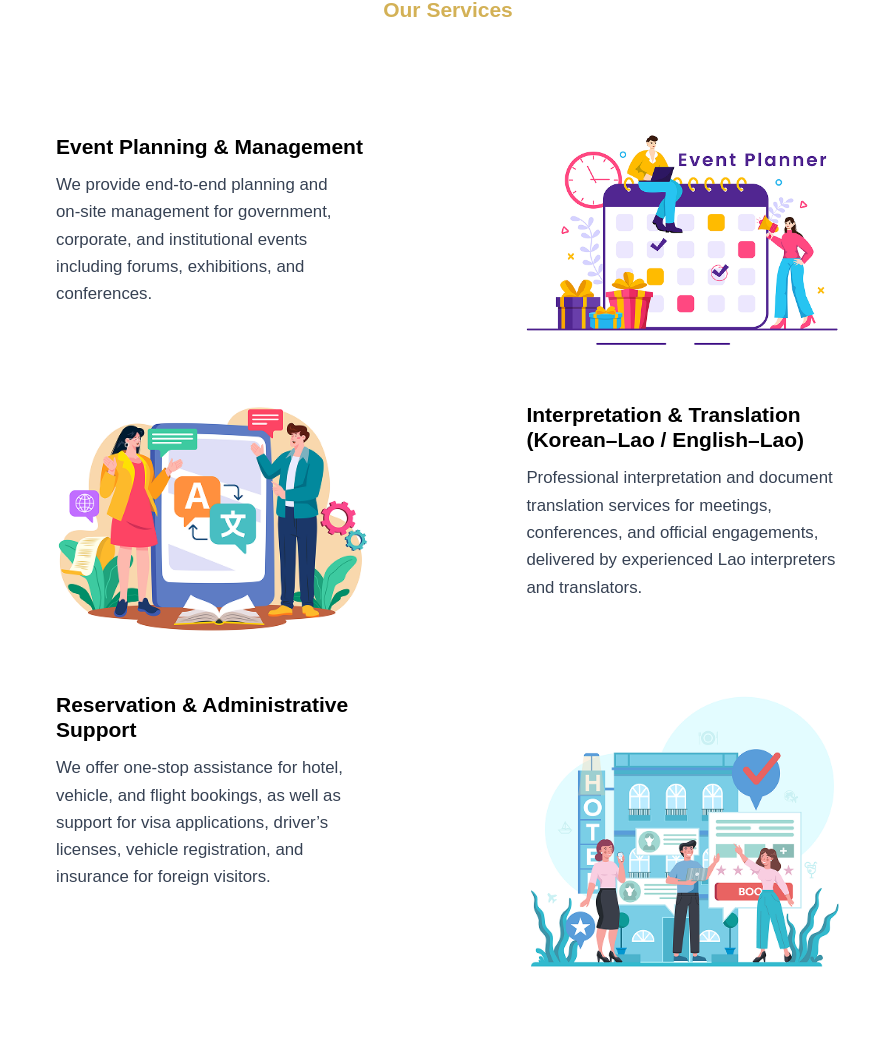
Repository: Phailin-teamplate/siri-service-web
Page: /
An editor plug-in stored every save of this project. The page is shown before and after the next save, followed by the edit.
The browser window is 1280 px wide. The pictures show the part of the page from y = 1501 to 3421 px (the page is 3006 px tall before and 3421 px after), at 70% of full size.
The project was rebuilt for these pictures with package versions that can differ from the ones it lists, and the page was loaded fresh each time. The framework's server and built-in components were replaced by stand-ins that run in the browser. Also part of the build but not shown: next.config.ts.

Above is the page before, as saved 2025-07-02 15:18:59.

### src/app/layout.tsx
"use client";

import React, { useState, useEffect } from "react";
import { ArrowUpIcon } from "@heroicons/react/24/solid"; // Importing the arrow icon
// import { Geist, Geist_Mono } from "next/font/google";
// import { Inter, Noto_Sans_Lao } from "next/font/google";
import "./globals.css";
import Navbar from "@/src/components/navbar";

// const inter = Inter({ subsets: ["latin"] });
// const notoSansLao = Noto_Sans_Lao({ subsets: ["lao"] });

// const geistSans = Geist({
//   variable: "--font-geist-sans",
//   subsets: ["latin"],
// });
// const geistMono = Geist_Mono({
//   variable: "--font-geist-mono",
//   subsets: ["latin"],
// });

export default function RootLayout({
  children,
}: Readonly<{
  children: React.ReactNode;
}>) {
  const [isVisible, setIsVisible] = useState(false);

  // Detect scroll position and show button when scrolling down
  const handleScroll = () => {
    if (window.scrollY > 300) {
      setIsVisible(true);
    } else {
      setIsVisible(false);
    }
  };

  useEffect(() => {
    window.addEventListener("scroll", handleScroll);
    return () => {
      window.removeEventListener("scroll", handleScroll);
    };
  }, []);

  const scrollToTop = () => {
    window.scrollTo({ top: 0, behavior: "smooth" });
  };

  return (
    <html lang="en">
      {/* <body
        className={`${geistSans.variable} ${geistMono.variable} ${inter.className}  ${notoSansLao.className} antialiased`}
      > */}
      <body className="bg-white">
        <Navbar />
        {children}
        {/* <Footer /> */}

        {/* Popup Button with Icon for Scrolling to Top */}
        {isVisible && (
          <button
            onClick={scrollToTop}
            className="fixed bottom-2 right-5 md:bottom-5 md:right-10 bg-blue-500 text-white p-2 md:p-4 rounded-full shadow-lg hover:bg-blue-600 focus:outline-none transition-transform transform hover:scale-110"
          >
            {/* Heroicon Arrow Up Icon */}
            <ArrowUpIcon className="h-5 w-5 md:h-6 md:w-6" />
          </button>
        )}
      </body>
    </html>
  );
}

### src/app/page.tsx
import React from "react";
import Homepage from "@/src/components/Homepage";
import About from "@/src/components/About";
import Service from "@/src/components/Service";

export const metadata = {
  title: "About | TEAMPLATE",
  description:
    "Learn about TEAMPLATE — our story, mission, team, and values that drive our innovation.",
  keywords: ["teamplate", "about", "our story", "mission", "values", "team"],
  openGraph: {
    title: "About | TEAMPLATE",
    description:
      "Discover TEAMPLATE's story, mission, and the people behind our success.",
    url: "https://yourdomain.com/about",
    siteName: "TEAMPLATE",
    images: [
      {
        url: "https://yourdomain.com/images/about-og.jpg", // ✅ Replace with actual path
        width: 1200,
        height: 630,
        alt: "About TEAMPLATE",
      },
    ],
    locale: "en_US",
    type: "website",
  },
};

export default function Home() {
  return (
    <section className="w-full" id="about">
      <Homepage/>
      <About/>
      <Service/>
    </section>
  );
}

### src/components/navbar.tsx
import { useState, useCallback, useEffect } from "react";
import Image from "next/image";
import { Menu, X } from "lucide-react";
import Logo from "@/public/logo/Siri Service.png";

export default function Navbar() {
  const [isOpen, setIsOpen] = useState(false);

  // Function for smooth scrolling
  const handleSmoothScroll = useCallback((targetId: string) => {
    setIsOpen(false); // Close the sidebar

    if (targetId === "/") {
      window.scrollTo({ top: 0, behavior: "smooth" });
    } else {
      const targetElement = document.querySelector(targetId);
      if (targetElement) {
        targetElement.scrollIntoView({ behavior: "smooth" });
      }
    }
  }, []);

  const [isScrolled, setIsScrolled] = useState(false);

  // Detect scroll to change navbar background
  useEffect(() => {
    const handleScroll = () => {
      const scrollTop = window.scrollY;
      setIsScrolled(scrollTop > 10); // Trigger when scrolled 10px
    };

    window.addEventListener("scroll", handleScroll);

    return () => window.removeEventListener("scroll", handleScroll);
  }, []);

  return (
    <div className="w-full sticky top-0 z-50 bg-white shadow-md">
      <nav className="flex items-center justify-between px-6 py-3">
        {/* Logo */}
        <button
          onClick={() => handleSmoothScroll("/")}
          className="p-0 border-none bg-transparent active:opacity-80"
        >
          <Image
            className="w-20 sm:w-20 md:w-30 lg:w-30 xl:w-30 2xl:w-30 h-auto"
            src={Logo}
            alt="Appstore"
            priority
          />
        </button>

        {/* Desktop Links */}
        <div className="hidden md:flex gap-6">
          <button
            onClick={() => handleSmoothScroll("#about")}
            className="hover:text-blue-600 hover:underline transition-colors text-black duration-200 cursor-pointer"
          >
            About
          </button>
          <button
            onClick={() => handleSmoothScroll("#services")}
            className="hover:text-blue-600 hover:underline transition-colors text-black duration-200 cursor-pointer"
          >
            Services
          </button>
          <button
            onClick={() => handleSmoothScroll("#contact")}
            className="hover:text-blue-600 hover:underline transition-colors text-black duration-200 cursor-pointer"
          >
            Contact
          </button>
        </div>

        {/* Mobile Menu Button */}
        <button
          className="md:hidden focus:outline-none"
          onClick={() => setIsOpen(!isOpen)}
          aria-label="Toggle Menu"
        >
          {isOpen ? <X size={28} /> : <Menu size={28} />}
        </button>
      </nav>

      {/* Overlay (Closes menu when clicked) */}
      {isOpen && (
        <div
          className="fixed inset-0 z-40"
          onClick={() => setIsOpen(false)}
        ></div>
      )}

      {/* Mobile Sidebar */}
      <div
        className={`fixed top-0 right-0 h-full w-64 bg-white shadow-2xl p-6 flex flex-col transition-transform ${
          isOpen ? "translate-x-0" : "translate-x-full"
        } duration-300 ease-in-out z-50`}
      >
        {/* Sidebar Header */}
        <div className="flex justify-between items-center pb-4 mt-1">
          <h3 className="text-black text-2xl font-semibold">Menu</h3>
          <button
            className="text-black text-3xl font-bold focus:outline-none"
            onClick={() => setIsOpen(false)}
            aria-label="Close Menu"
          >
            <X size={28} />
          </button>
        </div>

        {/* Sidebar Links */}
        <div className="flex flex-col items-start gap-4 pb-4">
          <button
            onClick={() => handleSmoothScroll("#about")}
            className="hover:text-blue-600 hover:underline transition-colors duration-200 cursor-pointer"
          >
            About
          </button>
          <button
            onClick={() => handleSmoothScroll("#services")}
            className="hover:text-blue-600 hover:underline transition-colors duration-200 cursor-pointer"
          >
            Services
          </button>
          <button
            onClick={() => handleSmoothScroll("#contact")}
            className="hover:text-blue-600 hover:underline transition-colors duration-200 cursor-pointer"
          >
            Contact
          </button>
        </div>
      </div>
    </div>
  );
}

### src/components/Homepage.tsx
import Image from "next/image";
import BgSiri from "@/public/bg-siri.png";
import type { Metadata } from "next";

export const metadata: Metadata = {
  title: "SiriService | About Us",
  description: "We are a Laos-based IT startup aiming for the global market.",
};

export default function Homepage() {
  return (
    <div className="flex flex-col ">
      <div className="flex justify-center">
        <div className="relative w-full h-[400px] xs:h-[600px] sm:h-[650px] md:h-[700px] lg:h-[700px]">
          {/* Background Image */}
          <Image src={BgSiri} alt="StartUp" fill className="object-cover" />

          {/* Gradient Overlay */}
          <div className="absolute inset-0 bg-black/60 z-10" />

          {/* Centered Content */}
          <div className="absolute inset-0 z-20 flex flex-col items-center justify-center text-center px-4">
            <div className="mb-4 sm:mb-4">
              <p className="text-white text-sm xs:text-base sm:text-xl md:text-3xl font-medium">
                Total Business Support Service in Laos
              </p>
            </div>
            <h1 className="text-white text-4xl xs:text-5xl sm:text-6xl md:text-7xl lg:text-8xl font-bold">
              SIRI SERVICE
            </h1>
          </div>
        </div>
      </div>


    </div>
  );
}

### src/components/About.tsx
"use client";

import Image from "next/image";
import AboutSV from "@/public/About.png";
import type { Metadata } from "next";

export const metadata: Metadata = {
  title: "Teamplate",
  description: "We are a Laos-based IT startup aiming for the global market.",
};

export default function About() {
  return (
    <div className="w-full bg-white px-6 md:px-12 py-10" id="about">
      {/* Section Title */}
      <div className="text-center flex justify-center md:text-left mb-10">
        <h2 className="text-2xl md:text-3xl font-extrabold text-[#D3B156]">
          About Us
        </h2>
      </div>

      {/* Content: Image + Text */}
      <div className="flex flex-col md:flex-row items-start justify-center gap-12 md:gap-20">
  {/* Image */}
  <div className="w-full max-w-[660px] ">
    <Image
      src={AboutSV}
      alt="About"
    width={500}
            height={300}
      className="object-cover w-full h-auto rounded-xl"
      priority
    />
  </div>

  {/* Text */}
  <div className="w-full max-w-[720px] text-center md:text-left">
    <p className="text-3xl font-medium leading-relaxed text-gray-800">
      Siri Service is a versatile company based in Laos, offering a wide range of
      services including event planning and management, interpretation and
      translation, visual design and publishing, as well as printing. We specialize
      in supporting foreign companies conducting various activities in Laos by
      providing localized, professional assistance across these areas.
    </p>
  </div>
</div>

    </div>
  );
}

### src/components/Service.tsx
"use client";

import Image from "next/image";
import type { Metadata } from "next";
import Service1 from "@/public/service/service1.png";
import Service2 from "@/public/service/service2.png";
import Service3 from "@/public/service/service3.png";

export const metadata: Metadata = {
  title: "Teamplate",
  description: "We are a Laos-based IT startup aiming for the global market.",
};

export default function Service() {
  return (
    <div className="w-full bg-white px-6 md:px-12 py-20" id="service">
      {/* Section Title */}
      <div className="text-center flex justify-center md:text-left mb-30">
        <h2 className="text-2xl md:text-3xl font-extrabold text-[#D3B156]">
          Our Services
        </h2>
      </div>
<div className="w-full max-w-screen-xl mx-auto px-4 md:px-8 py-10 space-y-20">
  {/* Service 1 */}
  <div className="flex flex-col md:flex-row items-start justify-between gap-6 md:gap-5">
    {/* Text */}
    <div className="w-full md:w-1/2 max-w-md text-center md:text-left">
      <h1 className="text-black text-3xl md:text-3xl font-semibold mb-4">
        Event Planning & Management
      </h1>
      <p className="text-gray-700 text-2xl md:text-2xl font-normal leading-relaxed">
        We provide end-to-end planning and<br />
        on-site management for government,<br />
        corporate, and institutional events<br />
        including forums, exhibitions, and<br />
        conferences.
      </p>
    </div>

    {/* Image */}
    <div className="w-full md:w-1/2 max-w-md">
      <Image
        src={Service1}
        alt="Service1"
        width={500}
        height={340}
        className="object-cover w-full h-auto rounded-xl"
        priority
      />
    </div>
  </div>

  {/* Service 2 */}
  <div className="flex flex-col md:flex-row items-start justify-between gap-6 md:gap-5">
    {/* Image */}
    <div className="w-full md:w-1/2 max-w-md">
      <Image
        src={Service2}
        alt="Service2"
        width={500}
        height={340}
        className="object-cover w-full h-auto rounded-xl"
        priority
      />
    </div>

    {/* Text */}
    <div className="w-full md:w-1/2 max-w-md text-center md:text-left">
      <h1 className="text-black text-3xl md:text-3xl font-semibold mb-4">
        Interpretation & Translation (Korean–Lao / English–Lao)
      </h1>
      <p className="text-gray-700 text-2xl md:text-2xl font-normal leading-relaxed">
        Professional interpretation and document<br />
        translation services for meetings,<br />
        conferences, and official engagements,<br />
        delivered by experienced Lao interpreters<br />
        and translators.
      </p>
    </div>
  </div>
   {/* Service 3 */}
  <div className="flex flex-col md:flex-row items-start justify-between gap-6 md:gap-5">
    {/* Text */}
    <div className="w-full md:w-1/2 max-w-md text-center md:text-left">
      <h1 className="text-black text-3xl md:text-3xl font-semibold mb-4">
        Reservation & Administrative Support
      </h1>
      <p className="text-gray-700 text-2xl md:text-2xl font-normal leading-relaxed">
        We offer one-stop assistance for hotel,<br />
        vehicle, and flight bookings, as well as<br />
        support for visa applications, driver’s<br />
        licenses, vehicle registration, and<br />
        insurance for foreign visitors.
      </p>
    </div>

    {/* Image */}
    <div className="w-full md:w-1/2 max-w-md">
      <Image
        src={Service3}
        alt="Service3"
        width={500}
        height={340}
        className="object-cover w-full h-auto rounded-xl"
        priority
      />
    </div>
  </div>
</div>

    </div>
  );
}

Loaded but not shown: src/app/globals.css (common file)

After the next save:
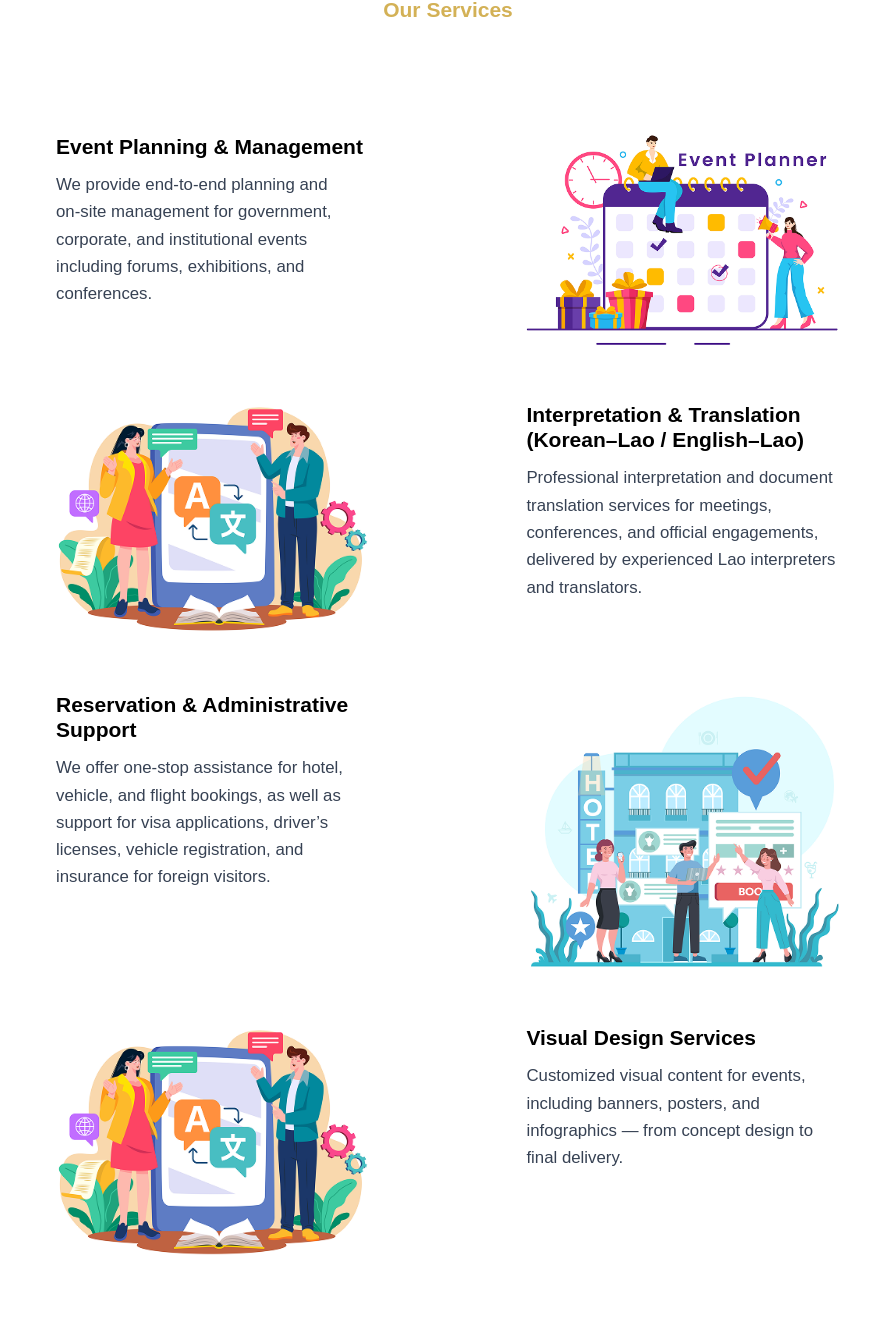
Saved 7 min 47 s later.
--- a/src/components/Service.tsx
+++ b/src/components/Service.tsx
@@ -106,6 +106,33 @@
       />
     </div>
   </div>
+   {/* Service 4 */}
+  <div className="flex flex-col md:flex-row items-start justify-between gap-6 md:gap-5">
+    {/* Image */}
+    <div className="w-full md:w-1/2 max-w-md">
+      <Image
+        src={Service2}
+        alt="Service2"
+        width={500}
+        height={340}
+        className="object-cover w-full h-auto rounded-xl"
+        priority
+      />
+    </div>
+
+    {/* Text */}
+    <div className="w-full md:w-1/2 max-w-md text-center md:text-left">
+      <h1 className="text-black text-3xl md:text-3xl font-semibold mb-4">
+        Visual Design Services
+      </h1>
+      <p className="text-gray-700 text-2xl md:text-2xl font-normal leading-relaxed">
+        Customized visual content for events,<br />
+        including banners, posters, and<br />
+        infographics — from concept design to<br />
+        final delivery.
+      </p>
+    </div>
+  </div>
 </div>
 
     </div>
